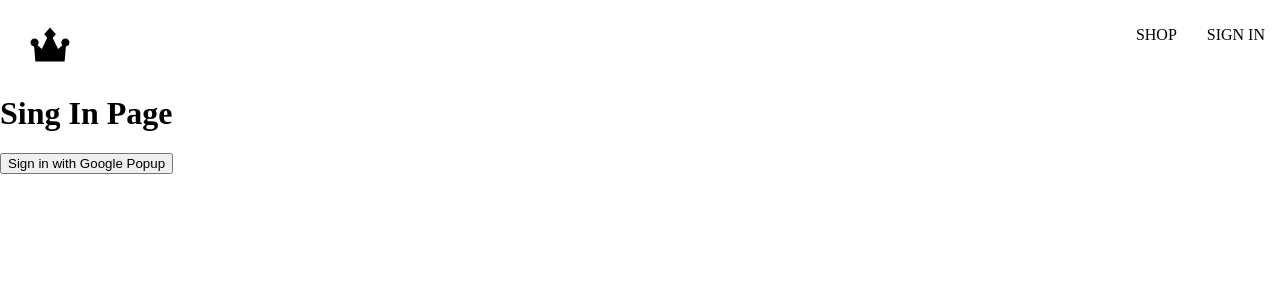
Repository: Chadi2000/crwn-clothing
Page: /signIn
An editor plug-in stored every save of this project. The page is shown before and after the next save, followed by the edit.
The browser window is 1280 px wide. The pictures show the whole page.
The project was rebuilt for these pictures with package versions that can differ from the ones it lists, and the page was loaded fresh each time. Also part of the build but not shown: src/categories.styles.scss, src/components/category-item/category-item.styles.scss, src/components/category-item/category-item.component.jsx, src/components/directory/directory.styles.scss, src/components/directory/directory.component.js, src/routes/home/home.component.jsx.

Above is the page before, as saved 2024-02-09 16:19:12.

After the next save:
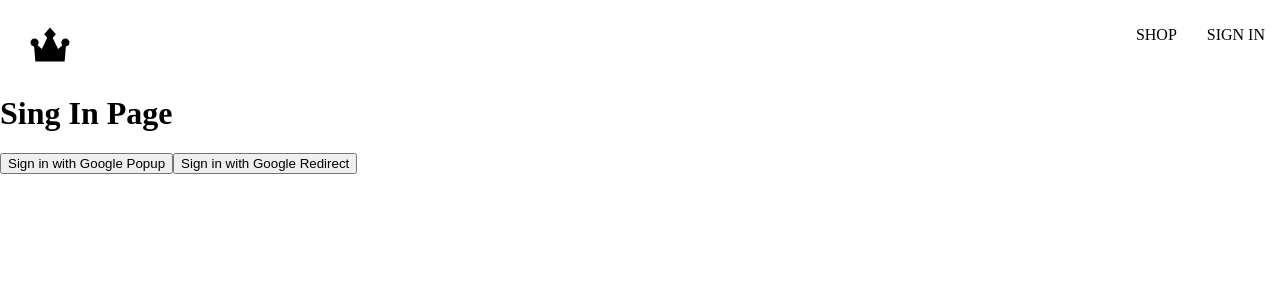
Saved 2 min 36 s later.
--- a/src/routes/sign-in/sign-in.component.jsx
+++ b/src/routes/sign-in/sign-in.component.jsx
@@ -12,12 +12,22 @@ const SignIn = ()=>{
 
     }
 
+    const logGoogleRedirectUser = async () =>{
+        const {user} = await signInWithGoogleRedirect();
+        console.log({user});
+
+    }
+
+
     return(
         <div>
             <h1>Sing In Page</h1>
             <button onClick={logGoogleUser}>
                 Sign in with Google Popup
             </button>
+            <button onClick={logGoogleUser}>
+                Sign in with Google Redirect
+            </button>
         </div>
     )
 }
